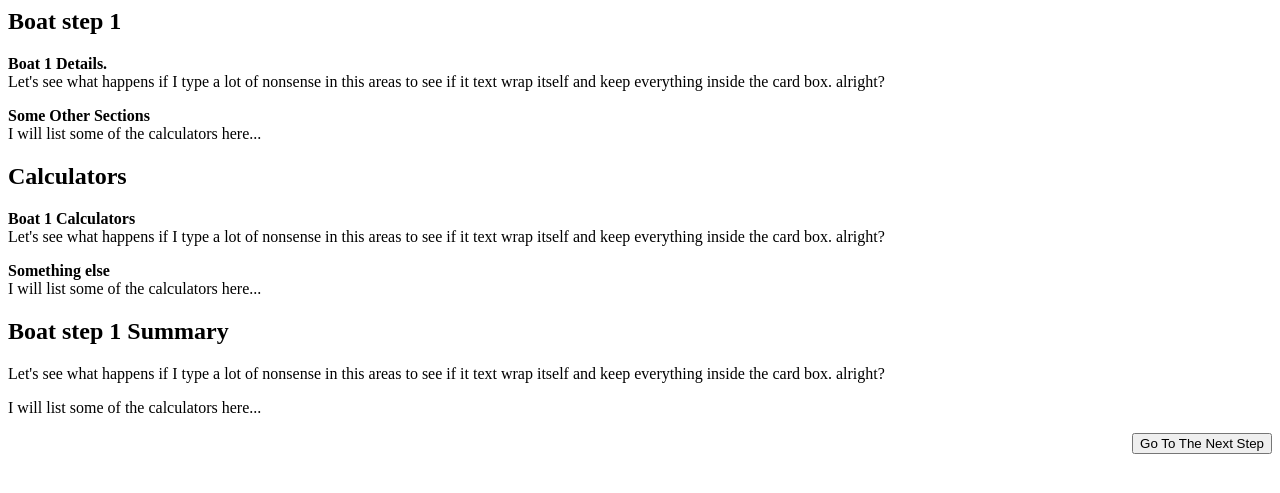
Repository: DevZubair/ionic-test
Page: www/templates/boat1.html
The author's editor kept a record of every edit. The page is drawn from the files as they stood at one moment, then again after the next edit.
The browser window is 1280 px wide. The pictures show the whole page.

Above is the page before.

After the next edit:
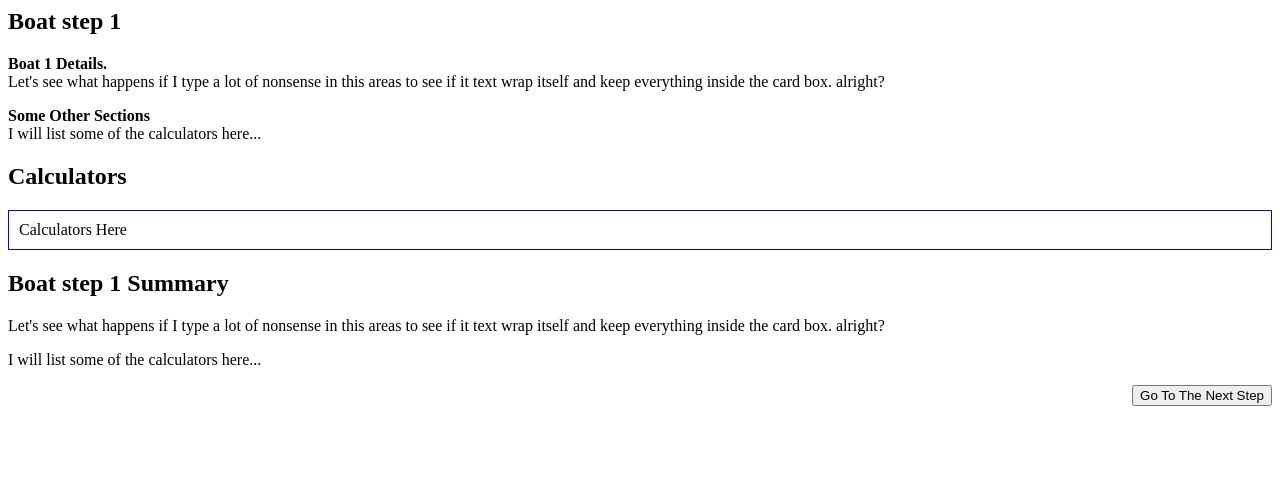
The edit:
--- a/www/templates/boat1.html
+++ b/www/templates/boat1.html
@@ -25,13 +25,11 @@
       </div>
 
       <div class="item item-text-wrap">
-        <p><b>Boat 1 Calculators</b> <br>
-        Let's see what happens if I type a lot of nonsense in this areas to see if it text wrap itself and keep everything inside the card box. alright? </p>
-        <p></p>
-
-        <p><b>Something else</b><br>
-        I will list some of the calculators here...
-        </p>
+        <div class="padding">
+          <div style="border:1px solid blue; padding:10px">
+            Calculators Here
+          </div>
+        </div>
       </div>
 
 
